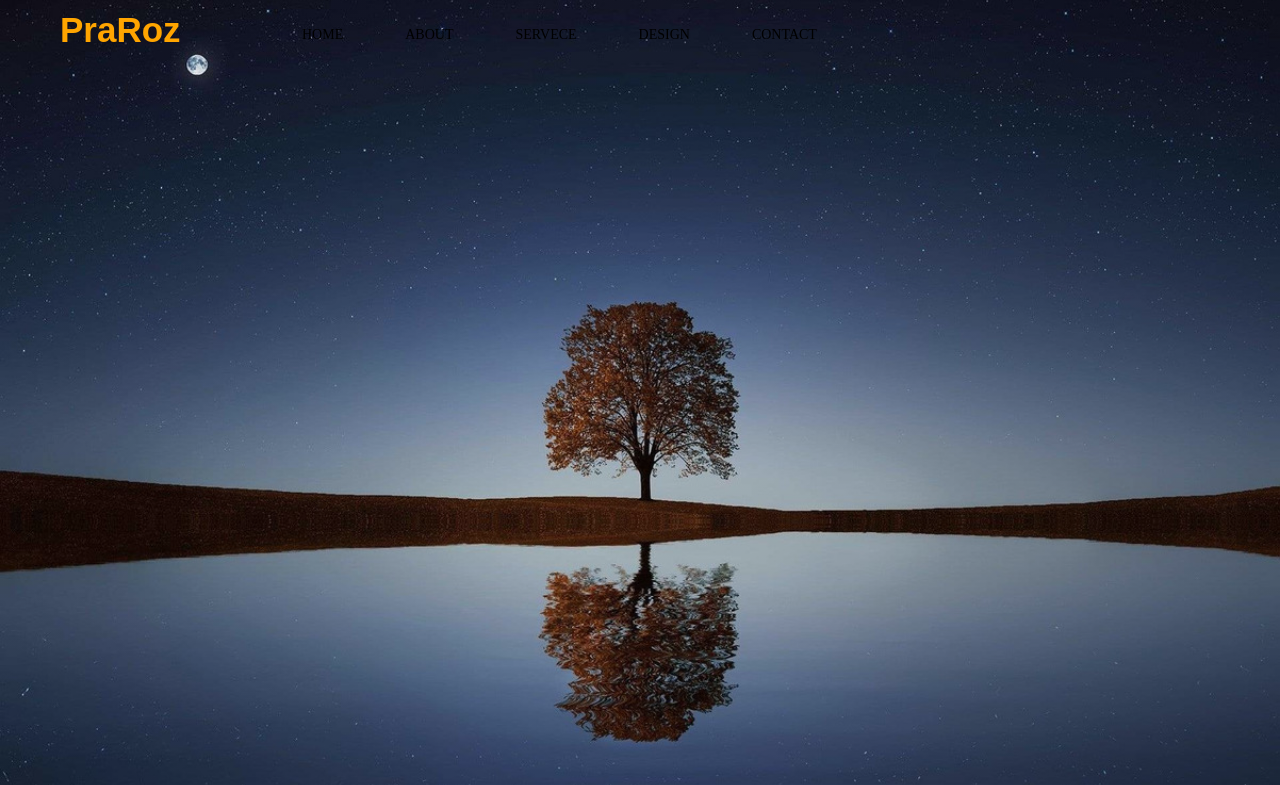
Repository: HuynhDuc23/project3
Page: index.html
These files come from the project's save history. The page is drawn as it stood at one moment and after the next save; the edit follows.
The browser window is 1280 px wide. The pictures show the whole page.

Above is the page before, as saved 2023-05-04 14:33:00.

### index.html
<html lang="en">
<head>
    <meta charset="UTF-8">
    <meta http-equiv="X-UA-Compatible" content="IE=edge">
    <meta name="viewport" content="width=device-width, initial-scale=1.0">
    <link rel="stylesheet" href="https://cdnjs.cloudflare.com/ajax/libs/font-awesome/6.4.0/css/all.min.css" integrity="sha512-iecdLmaskl7CVkqkXNQ/ZH/XLlvWZOJyj7Yy7tcenmpD1ypASozpmT/E0iPtmFIB46ZmdtAc9eNBvH0H/ZpiBw==" crossorigin="anonymous" referrerpolicy="no-referrer" />
    <link rel="stylesheet" href="style.css">
    <title>Document</title>
</head>
<body>
    <div class="main">
        <div class="navbar">
            <div class="icon">
                <h2 class="logo">PraRoz</h2>
            </div>
            <div class="menu">
                <ul>
                    <li>HOME</li>
                    <li>ABOUT</li>
                    <li>SERVECE</li>
                    <li>DESIGN</li>
                    <li>CONTACT</li>
                </ul>
            </div>
        </div>
    </div>
</body>
</html>

### style.css
* {
    margin: 0;
    padding: 0;
}
.main {
    width: 100%;
    background-image: linear-gradient(to right bottom , rgba(176, 55, 55, 0),rgba(0, 0, 0, 0.286)),url("img/Project3.png");
    background-position: center;
    background-size: cover;
    background-repeat: no-repeat;
    height: 109vh;
}
.navbar
{
    width: 1200px;
    height: 75px;
    margin: auto;
    /* overflow: hidden; */
}
.icon {
    width: 200px;
    float: left;
    height: 70px;

}
.logo {
    color: orange;
    font-size: 35px;
    font-family: Arial, Helvetica, sans-serif;
    padding-left: 20px;
    float: left;
    padding-top: 10px;
}
.menu {
    width: 400px;
    height: 70px;
    float: left;
}
ul {
    float: left;
    display: flex;
    justify-content: center;
    align-items: center;
}
ul li {
    list-style: none;
    margin-left: 62px;
    margin-top: 27px;
    font-size: 14px;
}

After the next save:
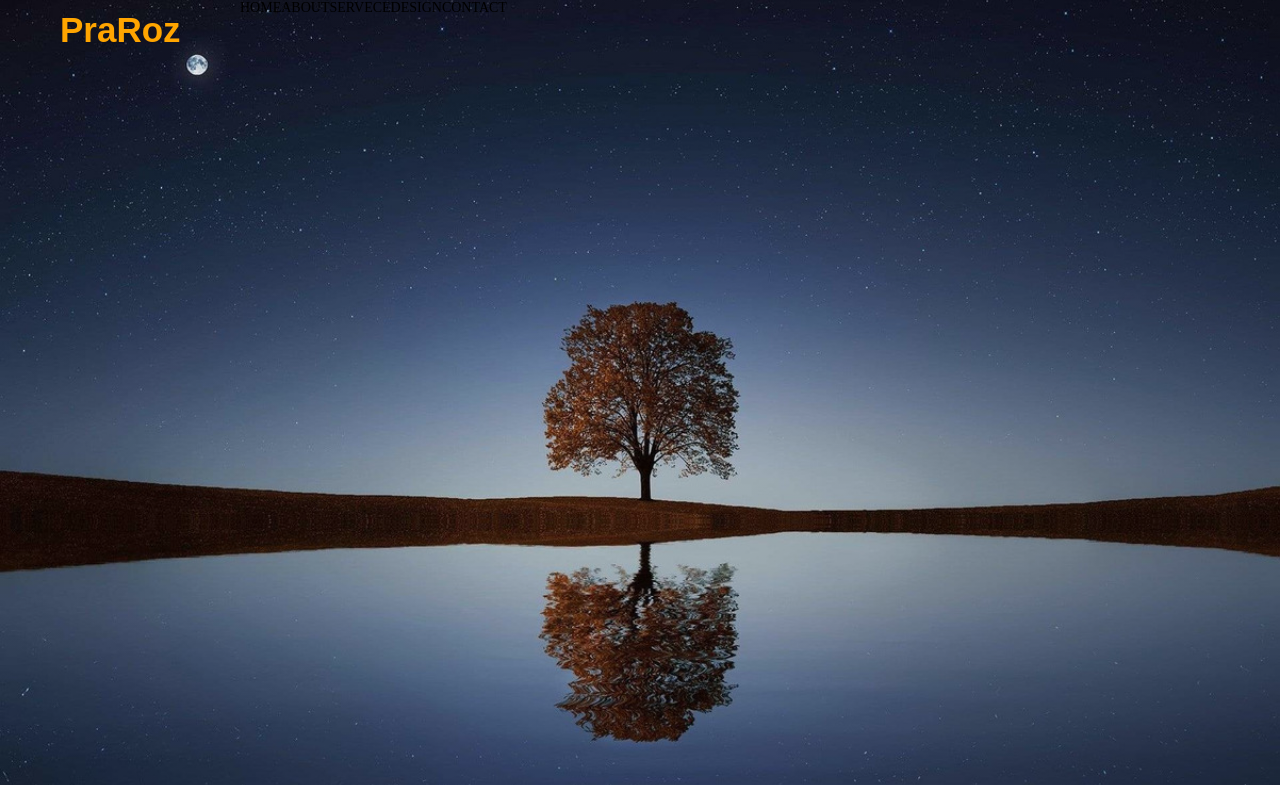
Saved 7 s later.
--- a/style.css
+++ b/style.css
@@ -44,7 +44,7 @@
 }
 ul li {
     list-style: none;
-    margin-left: 62px;
-    margin-top: 27px;
+    /* margin-left: 62px;
+    margin-top: 27px; */
     font-size: 14px;
 }
